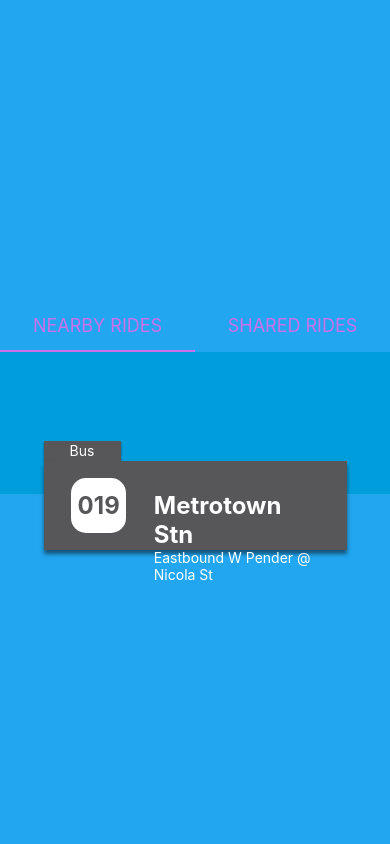
Repository: wilyyy/CompassPlus
Page: /
The author's editor kept a copy of each file at every save. The page is drawn from the files as they stood at one save, then again after the next save.
The browser window is 390 px wide. The pictures show the whole page.
The app was drawn by React Native's web renderer in a window 390 px wide. The project was rebuilt for these pictures with package versions that can differ from the ones it lists, and the page was loaded fresh each time. Also part of the build but not shown: comps/LinkCompassCard/index.js.

Above is the page before, as saved 2021-10-30 11:50:27.

After the next save:
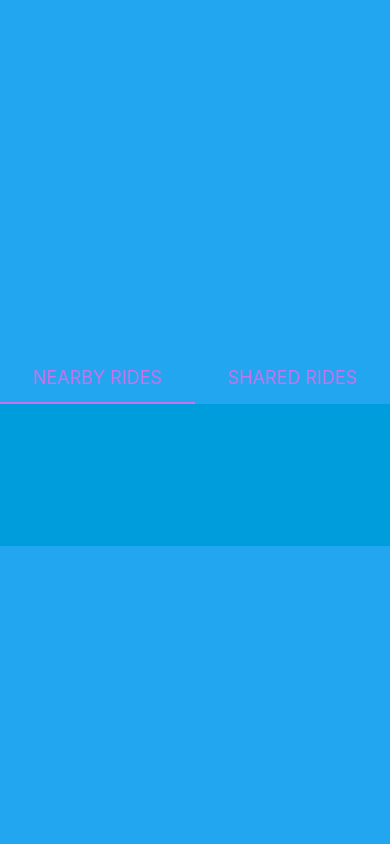
Saved 4 s later.
--- a/App.js
+++ b/App.js
@@ -12,7 +12,7 @@
     <View style={styles.container}>
       {/* <LinkCompassCard /> */}
       <RideCard />
-      <SignUpTransitCard />
+      {/* <SignUpTransitCard /> */}
       <StatusBar style="auto" />
     </View>
   );
